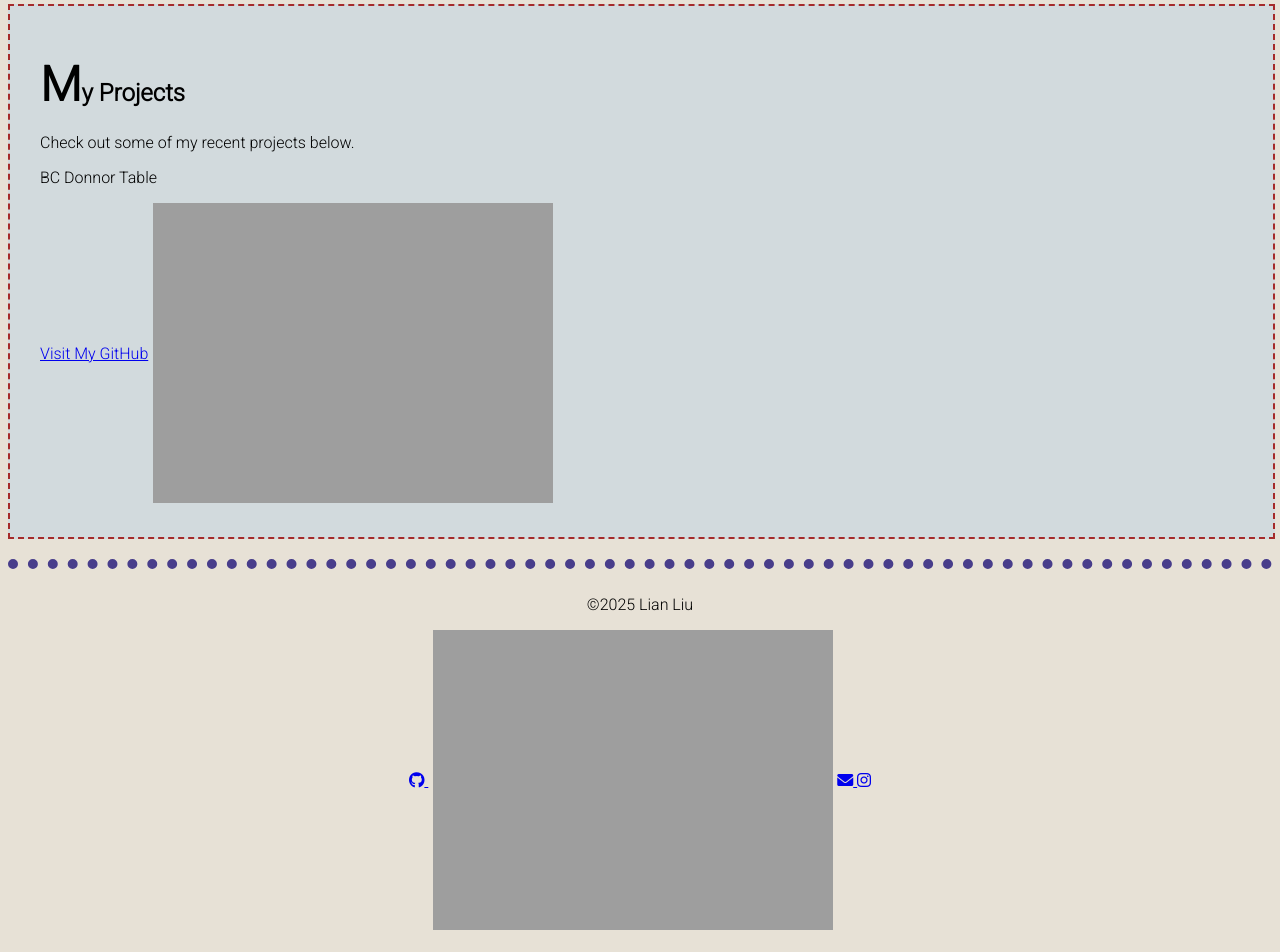
Repository: liulian26/CS5610
Page: assignment-1-liulian26/index.html
The author's editor kept a copy of each file at every save. The page is drawn from the files as they stood at one save, then again after the next save.
The browser window is 1280 px wide. The pictures show the part of the page from y = 750 to 1702 px (the page is 1702 px tall before and 1694 px after).
Pictures or frames that could not be fetched are drawn as grey boxes. A picture or video elsewhere on the page could not be fetched, so the positions and the page height are approximate.

Above is the page before, as saved 2025-02-01 01:00:02.

After the next save:
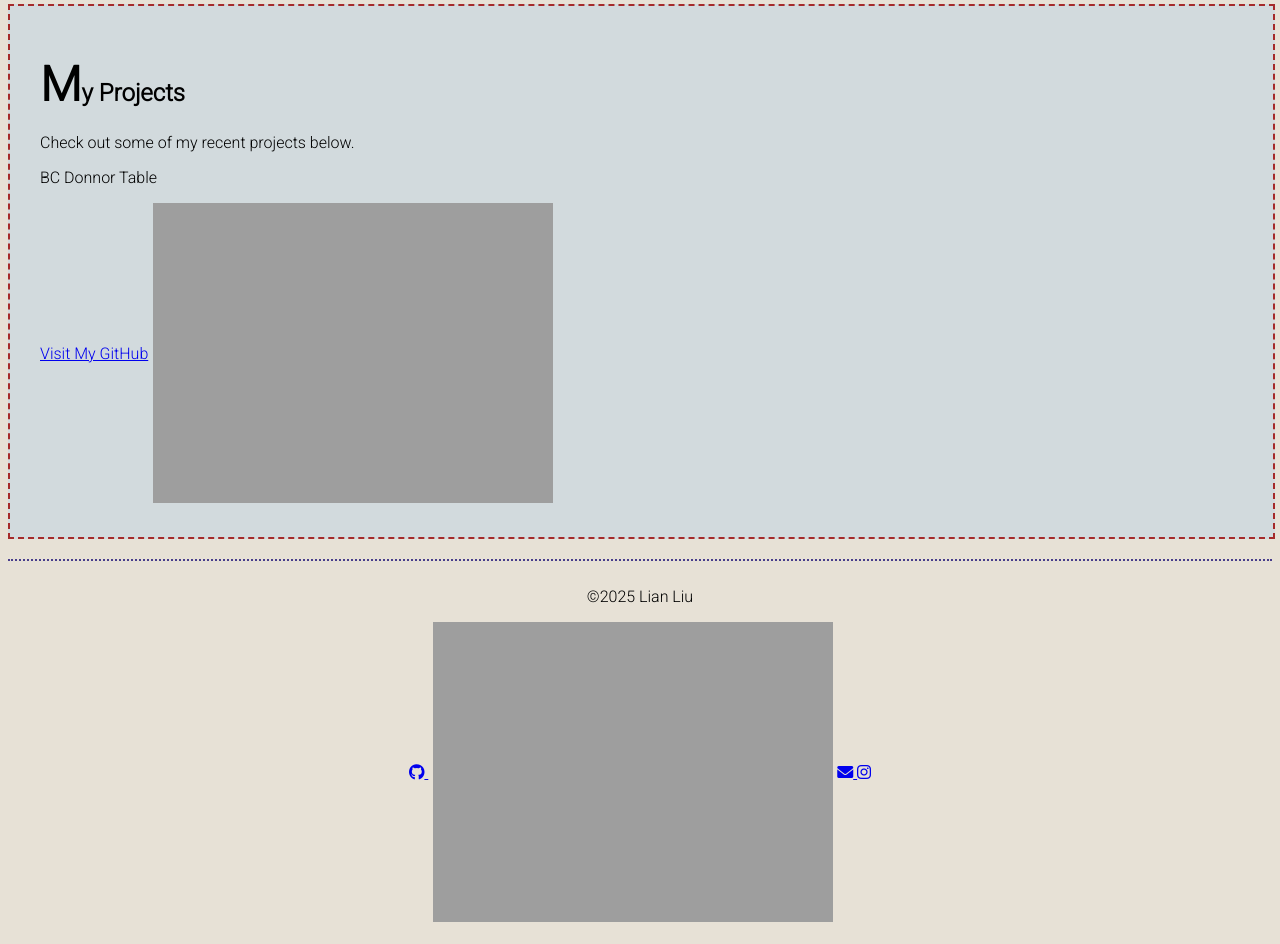
Saved 15 s later.
--- a/assignment-1-liulian26/css/styles.css
+++ b/assignment-1-liulian26/css/styles.css
@@ -87,7 +87,7 @@ figcaption {
 footer {
     text-align: center;
     padding: 10px;
-    border-top: 10px dotted darkslateblue;
+    border-top: 2px dotted darkslateblue;
 }
 
 .projects {
